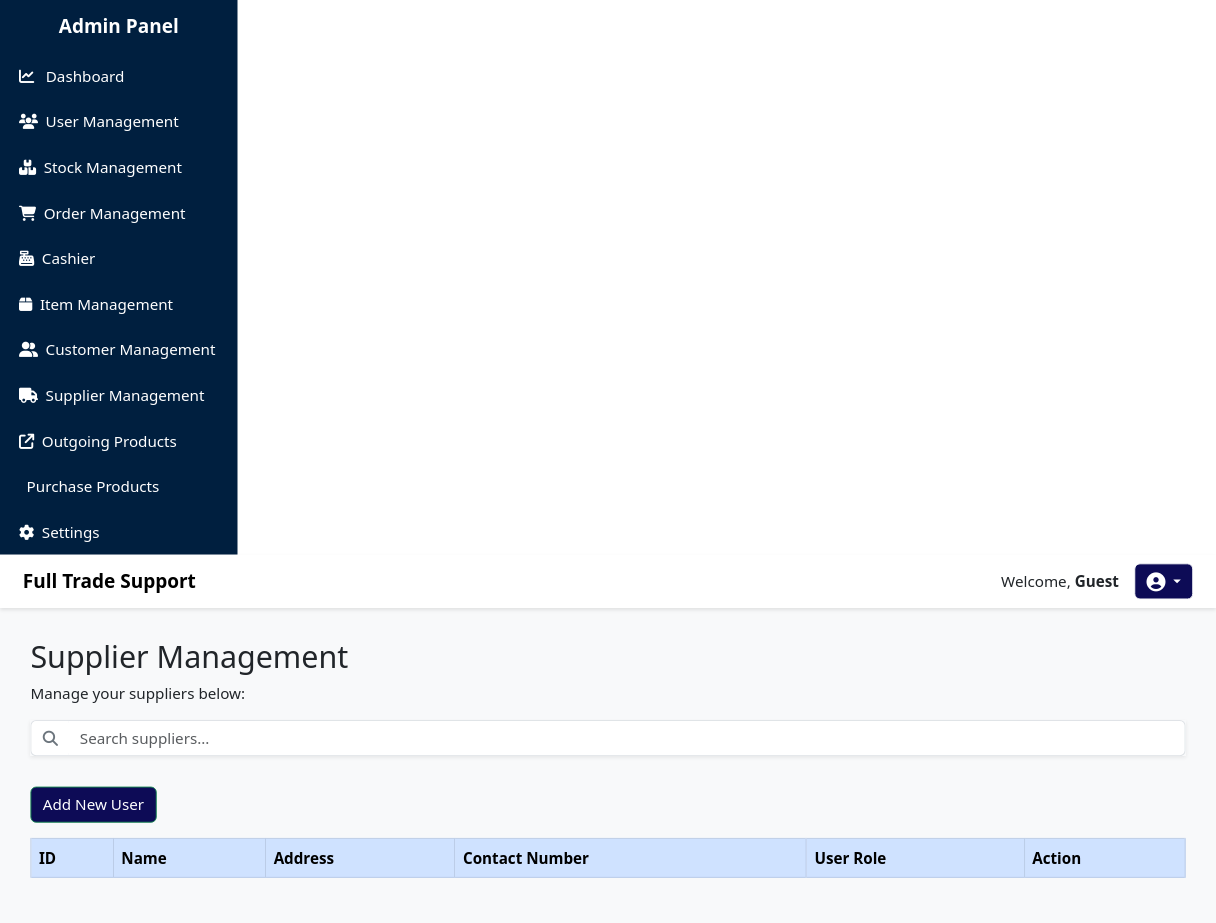
Repository: LakviduUpasara/onlineSparePartsManagementSystem
Page: http://localhost/Spare_parts_Management_Systems/Admin/display.jsp
An editor plug-in stored every save of this project. The page is shown before and after the next save, followed by the edit.
The browser window is 1280 px wide. The pictures show the whole page, at 95% of full size.
The page is served by Tomcat 9. Other server files are loaded and not shown. The template is opened directly, without the code that normally fills it, so the values that code supplies are empty.

Above is the page before, as saved 2025-05-13 22:12:44.

### Project/Project/Spare_parts_Management_Systems/src/main/webapp/Admin/display.jsp
<%@ page language="java" contentType="text/html; charset=UTF-8" pageEncoding="UTF-8"%>
<%@ taglib uri="http://java.sun.com/jsp/jstl/core" prefix="c" %>
<%@ page import="java.util.*, com.spareparts.model.Supplier" %>

<!DOCTYPE html>
<html lang="en">
<head>
  <meta charset="UTF-8">
  <title>Admin Dashboard - Full Trade Support</title>
  <link href="https://cdn.jsdelivr.net/npm/bootstrap@5.3.0/dist/css/bootstrap.min.css" rel="stylesheet">
  <link rel="stylesheet" href="https://cdnjs.cloudflare.com/ajax/libs/font-awesome/6.4.0/css/all.min.css">
  <style>
    body {
    body {
      display: flex;
      min-height: 100vh;
      overflow-x: hidden;
    }
    .sidebar {
      width: 250px;
      background-color: #001f3f;
      color: #fff;
      flex-shrink: 0;
      padding-top: 1rem;
    }
    .sidebar a {
      display: block;
      padding: 12px 20px;
      color: #fff;
      text-decoration: none;
      transition: background 0.3s;
    }
    .sidebar a:hover {
      background-color: #003366;
    }
    .sidebar h5 {
      text-align: center;
      margin-bottom: 1rem;
      font-weight: bold;
    }
    .main-content {
      flex-grow: 1;
      background: #f8f9fa;
    }
    .navbar {
      background-color: #ffffff;
      box-shadow: 0 2px 4px rgba(0,0,0,0.1);
    }
    .dashboard-content {
      padding: 2rem;
    }
    .custom-header {
      background-color: #0d0b56; /* Match navigation blue */
      color: white;
    }
    .btn {
      background-color: #0d0b56;
      color: white;
    }
    .btn:hover {
      background-color: #003366;
    }
    .export-btn {
      background-color: #ffffff;
      color: #0d0b56;
      border: 1px solid #0d0b56;
    }
    .export-btn:hover {
      background-color: #0d0b56;
      color: #ffffff;
    }
  </style>
</head>

<body>
   <!-- Sidebar -->
  <div class="sidebar">
    <h5>Admin Panel</h5>
    <a href="dashboard.jsp"><i class="fas fa-chart-line me-2"></i> Dashboard</a>
    <a href="GetAllServlet"><i class="fas fa-users me-2"></i>User Management</a>
    <a href="#"><i class="fas fa-boxes me-2"></i>Stock Management</a>
    <a href="#"><i class="fas fa-shopping-cart me-2"></i>Order Management</a>
    <a href="#"><i class="fas fa-cash-register me-2"></i>Cashier</a>
    <a href="#"><i class="fas fa-box me-2"></i>Item Management</a>
    <a href="#"><i class="fas fa-user-friends me-2"></i>Customer Management</a>
    <a href="supplier-list"><i class="fas fa-truck me-2"></i>Supplier Management</a>
    <a href="#"><i class="fas fa-arrow-up-right-from-square me-2"></i>Outgoing Products</a>
    <a href="#"><i class="fas fa-arrow-down-to-line me-2"></i>Purchase Products</a>
    <a href="#" data-bs-toggle="collapse" data-bs-target="#settingsMenu"><i class="fas fa-gear me-2"></i>Settings</a>
    <div class="collapse ms-3" id="settingsMenu">
      <a href="profile.jsp" class="d-block mt-1"><i class="fas fa-id-badge me-2"></i>Profile Settings</a>
      <a href="#" class="d-block mt-1"><i class="fas fa-lock me-2"></i>Change Password</a>
      <a href="#" class="d-block mt-1"><i class="fas fa-sliders-h me-2"></i>System Preferences</a>
    </div>
  </div>

   <!-- Main Content -->
  <div class="main-content w-100">
    <nav class="navbar navbar-expand-lg navbar-light px-4">
      <a class="navbar-brand fw-bold" href="#">Full Trade Support</a>
      <div class="ms-auto d-flex align-items-center">
        <span class="me-3">
          Welcome, <strong><%= session.getAttribute("userName") != null ? session.getAttribute("userName") : "Guest" %></strong>
        </span>
        <div class="dropdown">
          <a class="btn btn-light dropdown-toggle" href="#" role="button" data-bs-toggle="dropdown">
            <i class="fas fa-user-circle fa-lg"></i>
          </a>
          <ul class="dropdown-menu dropdown-menu-end">
            <li><a class="dropdown-item" href="profile.jsp"><i class="fas fa-id-badge me-2"></i>Profile</a></li>
            <li><a class="dropdown-item" href="#"><i class="fas fa-cogs me-2"></i>Settings</a></li>
            <li><hr class="dropdown-divider"></li>
            <li><a class="dropdown-item text-danger" href="logout.jsp"><i class="fas fa-sign-out-alt me-2"></i>Logout</a></li>
          </ul>
        </div>
      </div>
    </nav>

    <!-- Supplier Management Section -->
    <div class="dashboard-content">
      <h2>Supplier Management</h2>
      <p>Manage your suppliers below:</p>

      <!-- Search Bar -->
      <div class="mb-3 w-100">
        <div class="input-group shadow-sm">
          <span class="input-group-text bg-white border-end-0">
            <i class="fas fa-search text-secondary"></i>
          </span>
          <input type="text" id="searchInput" class="form-control border-start-0" placeholder="Search suppliers...">
        </div>
      </div>

      <!-- Add Supplier Redirect -->
      <a href="Admin/insert.jsp" class="btn btn-success mt-3">Add New User</a>

      <!-- Supplier Table -->
      <div class="table-container">
        <table class="table table-bordered table-striped mt-3">
          <thead class="table-primary">
            <tr>
              <th>ID</th>
              <th>Name</th>
              <th>Address</th>
              <th>Contact Number</th>
              <th>User Role</th>

              <th>Action</th>
            </tr>
          </thead>
          <tbody>
            <c:forEach var="details" items="${alldetails}">
              <tr>
                <td>${details.id}</td>
                <td>${details.name}</td>
                <td>${details.address}</td>
                <td>${details.contactnumber}</td>
                <td>${details.userRole}</td>

                <td>
                  <a href="Admin/update.jsp?id=${details.id}&name=${details.name}&address=${details.address}&contactnumber=${details.contactnumber}&email=${details.email}&password=${details.password}&userRole=${details.userRole}" class="btn btn-primary btn-sm update-btn">Update</a>
                  <form action="DeleteServlet" method="post" style="display:inline;">
                    <input type="hidden" name="id" value="${details.id}">
                    <input type="submit" value="Delete" class="btn btn-danger btn-sm delete-btn">
                  </form>
                </td>
              </tr>
            </c:forEach>
          </tbody>
        </table>
      </div>
    </div>
  </div>

  <script>
    function filterTable() {
      const input = document.getElementById("searchInput");
      const filter = input.value.toUpperCase();
      const table = document.querySelector("table");
      const rows = table.getElementsByTagName("tr");

      for (let i = 1; i < rows.length; i++) {
        let rowVisible = false;
        const cells = rows[i].getElementsByTagName("td");
        for (let j = 0; j < cells.length - 1; j++) {
          if (cells[j]) {
            const text = cells[j].textContent || cells[j].innerText;
            if (text.toUpperCase().indexOf(filter) > -1) {
              rowVisible = true;
              break;
            }
          }
        }
        rows[i].style.display = rowVisible ? "" : "none";
      }
    }

    document.getElementById("searchInput").addEventListener("input", filterTable);
  </script>

  <script src="https://cdn.jsdelivr.net/npm/bootstrap@5.3.0/dist/js/bootstrap.bundle.min.js"></script>
</body>
</html>

After the next save:
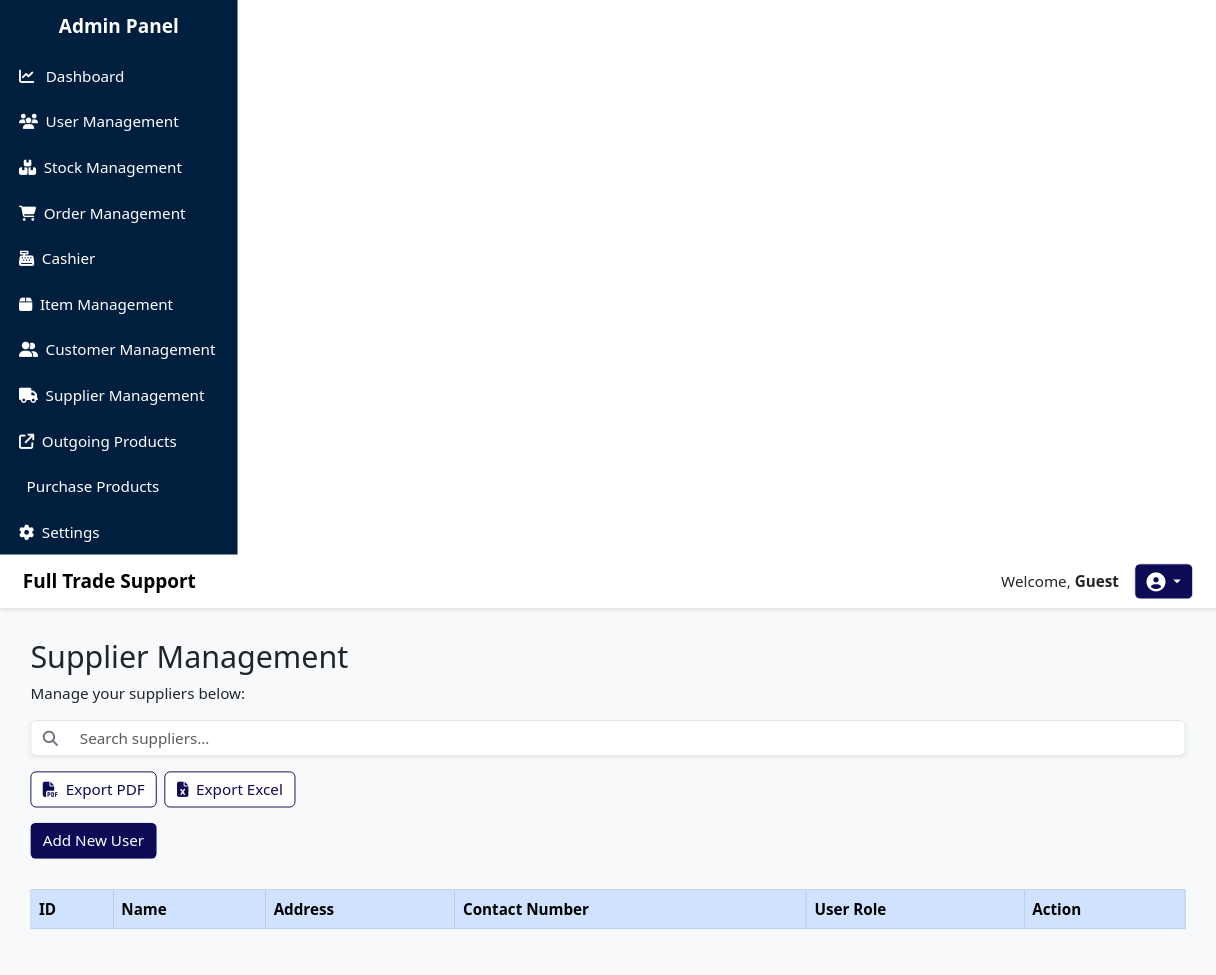
Saved 80 s later.
--- a/Project/Project/Spare_parts_Management_Systems/src/main/webapp/Admin/display.jsp
+++ b/Project/Project/Spare_parts_Management_Systems/src/main/webapp/Admin/display.jsp
@@ -131,8 +131,22 @@
         </div>
       </div>
 
-      <!-- Add Supplier Redirect -->
-      <a href="Admin/insert.jsp" class="btn btn-success mt-3">Add New User</a>
+            <!-- Export Buttons -->
+      <div class="mb-3 d-flex gap-2">
+        <button onclick="exportTableToPDF()" class="btn export-btn">
+          <i class="fas fa-file-pdf me-1"></i> Export PDF
+        </button>
+        <button onclick="exportTableToExcel()" class="btn export-btn">
+          <i class="fas fa-file-excel me-1"></i> Export Excel
+        </button>
+      </div>
+
+      <!-- Add Button -->
+      <button class="btn" data-bs-toggle="modal" data-bs-target="#addSupplierModal" style="background-color: #0d0b56; color: white; margin-bottom: 1rem;">
+       Add New User
+      </button>
+
+
 
       <!-- Supplier Table -->
       <div class="table-container">
